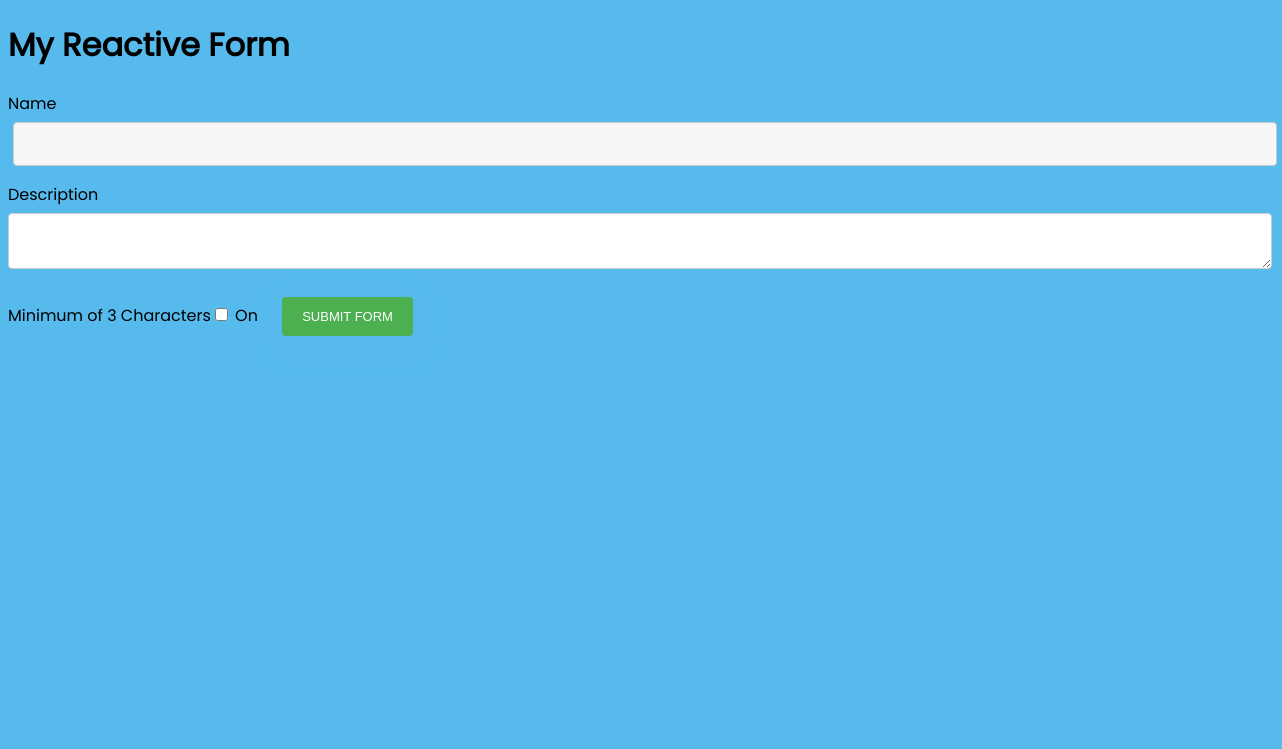
Repository: jas-fullstack/demomean
Page: /contact-us (app in Angular 6/)
These files come from the project's save history. The page is drawn as it stood at one moment and after the next save; the edit follows.
The browser window is 1280 px wide. The page is 1282 px wide, then 1280 px, so the pictures cover 1282 px, including what lies to the right of the window. The pictures show the whole page.
The project was rebuilt for these pictures with package versions that can differ from the ones it lists, and the page was loaded fresh each time. Also part of the build but not shown: Angular 6/angular.json, Angular 6/src/app/user/user.component.ts, Angular 6/src/app/user/sign-up/sign-up.component.ts, Angular 6/src/app/user/sign-in/sign-in.component.ts, Angular 6/src/app/user-profile/user-profile.component.ts.

Above is the page before, as saved 2018-10-04 14:36:59.

After the next save:
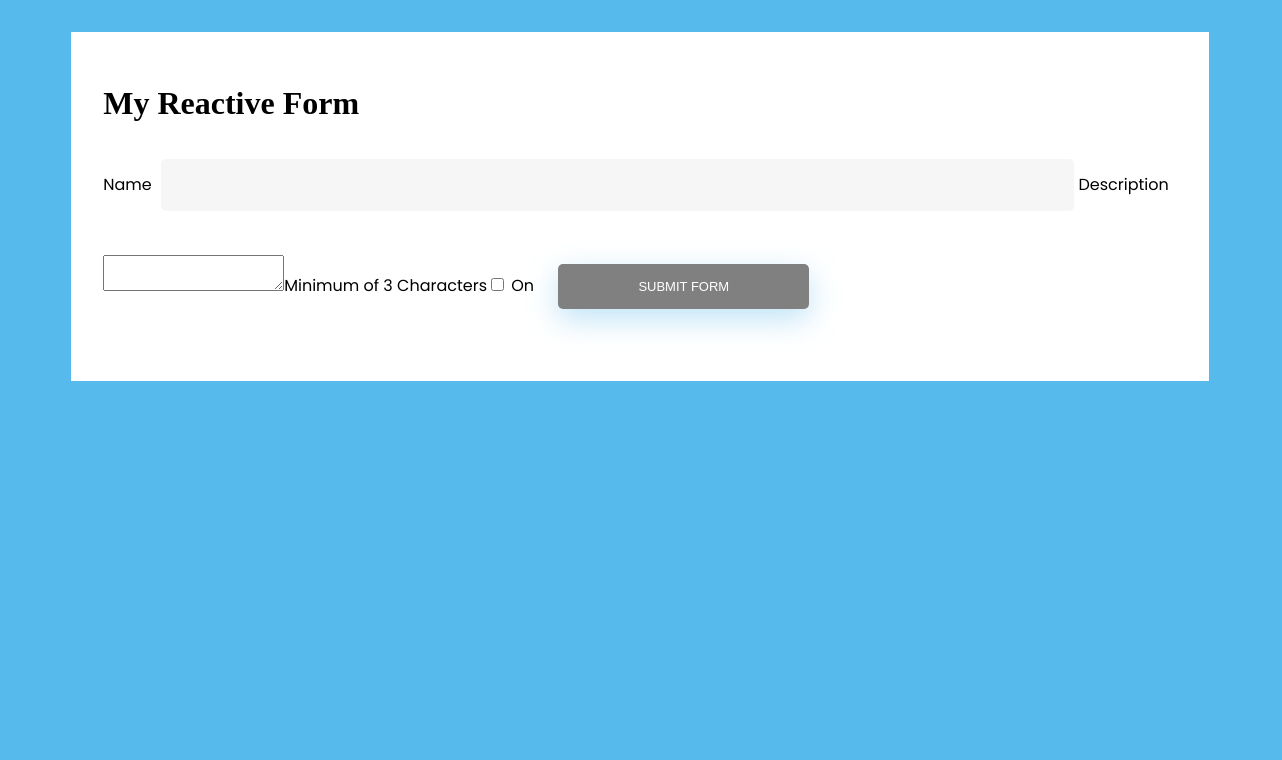
Saved 40 s later.
--- a/Angular 6/src/app/contactus/contactus.component.css
+++ b/Angular 6/src/app/contactus/contactus.component.css
@@ -1,33 +1,38 @@
-/* Style inputs with type="text", select elements and textareas */
-input[type=text], select, textarea {
-    width: 100%; /* Full width */
-    padding: 12px; /* Some padding */
-    border: 1px solid #ccc; /* Gray border */
-    border-radius: 4px; /* Rounded borders */
-    box-sizing: border-box; /* Make sure that padding and width stays in place */
-    margin-top: 6px; /* Add a top margin */
-    margin-bottom: 16px; /* Bottom margin */
-    resize: vertical /* Allow the user to vertically resize the textarea (not horizontally) */
+.form-container {
+    display:block;
+    width:90%;
+    padding:2em;
+    margin: 2em auto;
+    background:#fff;
 }
 
-/* Style the submit button with a specific background color etc */
-input[type=submit] {
-    background-color: #4CAF50;
-    color: white;
-    padding: 12px 20px;
-    border: none;
-    border-radius: 4px;
-    cursor: pointer;
+.alert {
+    background: #f2edda;
+    padding: 7px;
+    font-size: .9em;
+    margin-bottom: 20px;
+    display: inline-block;
+    animation: 2s alertAnim forwards;
 }
 
-/* When moving the mouse over the submit button, add a darker green color */
-input[type=submit]:hover {
-    background-color: #45a049;
+.button {
+    margin-top: 3rem;
+}
+h1 {
+    margin-bottom: 2rem;
+    font-weight:bold;
+    font-family:'Muli';
+    font-size: 2em;
 }
 
-/* Add a background color and some padding around the form */
-.container {
-    border-radius: 5px;
-    background-color: #f2f2f2;
-    padding: 20px;
+
+@keyframes alertAnim {
+    from {
+        opacity:0;
+        transform: translateY(-20px);
+    }
+    to {
+        opacity:1;
+        transform: translateY(0);
+    }
 }
